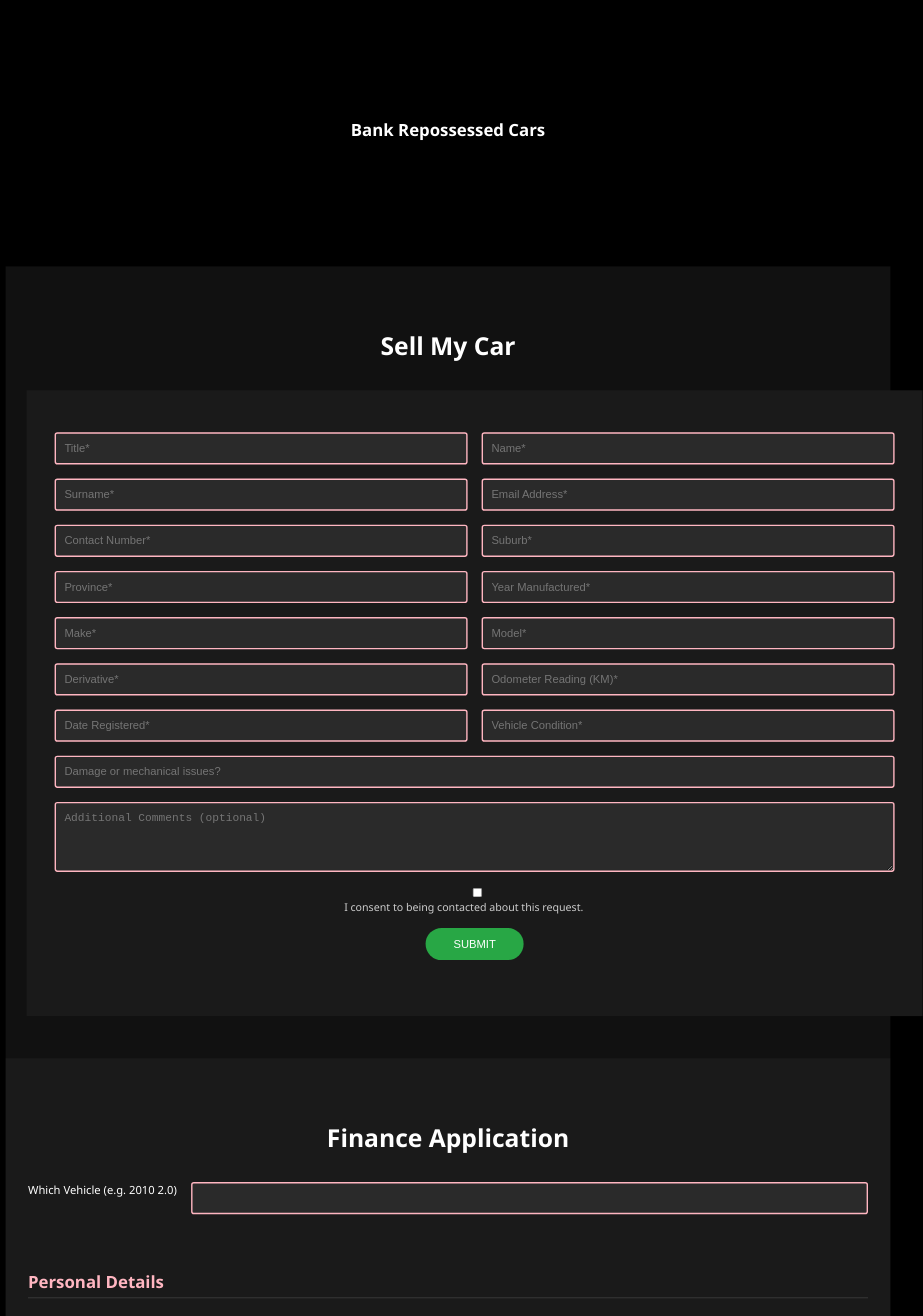
Repository: The-man-of-books/BNA2
Page: index.html
The author's editor kept a copy of each file at every save. The page is drawn from the files as they stood at one save, then again after the next save.
The browser window is 1280 px wide. The page is 1318 px wide, so the pictures cover 1318 px, including what lies to the right of the window. The pictures show the part of the page from y = 1262 to 3142 px (the page is 8150 px tall before and 8712 px after), at 70% of full size.

Above is the page before, as saved 2025-07-02 19:30:02.

After the next save:
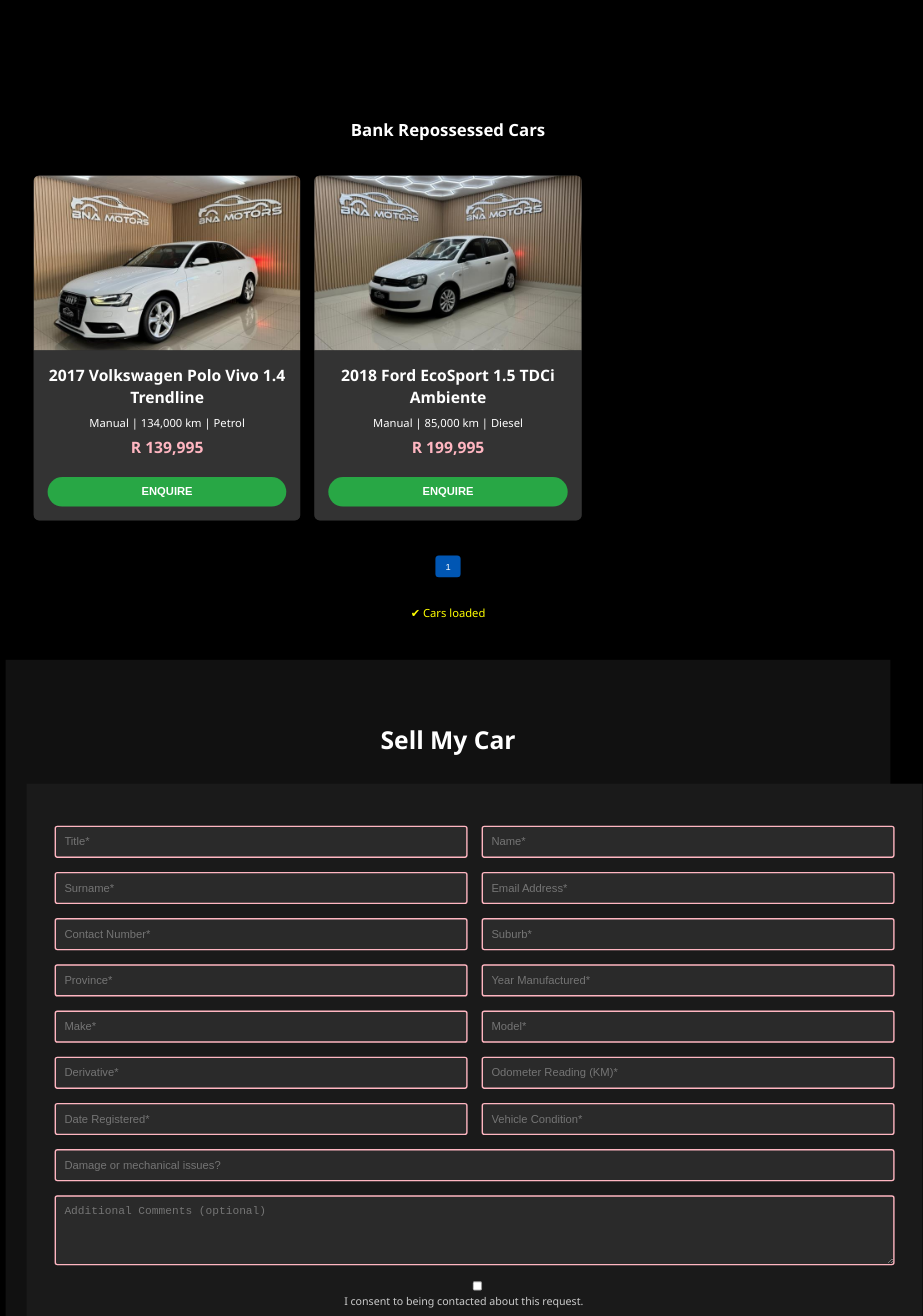
Saved 36 s later.
--- a/index.html
+++ b/index.html
@@ -427,5 +427,98 @@
   <img src="https://upload.wikimedia.org/wikipedia/commons/6/6b/WhatsApp.svg" alt="WhatsApp" />
 </a>
 
+<script>
+document.addEventListener("DOMContentLoaded", () => {
+  const grid = document.getElementById("bankRepoGrid");
+  const pagination = document.getElementById("pagination");
+  const status = document.getElementById("jsonStatus");
+  const carsPerPage = 6;
+  let currentPage = 1;
+  let allCars = [];
+
+  fetch('bank-repo-cars.json')
+    .then(res => {
+      if (!res.ok) throw new Error("JSON file not found");
+      return res.json();
+    })
+    .then(data => {
+      if (!Array.isArray(data)) throw new Error("Invalid JSON format");
+      allCars = data;
+      if (allCars.length === 0) {
+        if (status) status.textContent = "No repossessed cars listed yet.";
+        return;
+      }
+      renderPage(currentPage);
+      renderPagination();
+      if (status) status.textContent = "✔ Cars loaded";
+    })
+    .catch(err => {
+      if (status) status.textContent = `❌ Failed: ${err.message}`;
+      if (grid) grid.innerHTML = "";
+      console.error(err);
+    });
+
+  function renderPage(page) {
+    grid.innerHTML = '';
+    const start = (page - 1) * carsPerPage;
+    const end = start + carsPerPage;
+    const pageCars = allCars.slice(start, end);
+
+    pageCars.forEach(car => {
+      const card = document.createElement('div');
+      card.className = 'vehicle-card';
+      card.innerHTML = `
+        <img src="${car.image}" alt="${car.title}" />
+        <div class="vehicle-info">
+          <h3>${car.title}</h3>
+          <p>${car.desc}</p>
+          <p class="price">${car.price}</p>
+          <button class="enquire-btn">ENQUIRE</button>
+        </div>
+      `;
+      grid.appendChild(card);
+    });
+
+    // Attach event listeners to new buttons
+    grid.querySelectorAll('.enquire-btn').forEach(btn => {
+      btn.addEventListener('click', () => {
+        const card = btn.closest('.vehicle-card');
+        const title = card.querySelector('h3').textContent;
+        const encoded = encodeURIComponent(title);
+        window.location.href = `enquire.html?car=${encoded}`;
+      });
+    });
+  }
+
+  function renderPagination() {
+    pagination.innerHTML = '';
+    const totalPages = Math.ceil(allCars.length / carsPerPage);
+
+    for (let i = 1; i <= totalPages; i++) {
+      const btn = document.createElement('button');
+      btn.textContent = i;
+      if (i === currentPage) btn.classList.add('active');
+      btn.addEventListener('click', () => {
+        currentPage = i;
+        renderPage(currentPage);
+        renderPagination();
+      });
+      pagination.appendChild(btn);
+    }
+
+    if (currentPage < totalPages) {
+      const nextBtn = document.createElement('button');
+      nextBtn.textContent = 'Next';
+      nextBtn.addEventListener('click', () => {
+        currentPage++;
+        renderPage(currentPage);
+        renderPagination();
+      });
+      pagination.appendChild(nextBtn);
+    }
+  }
+});
+</script>
+
 </body>
 </html>

After the save that followed:
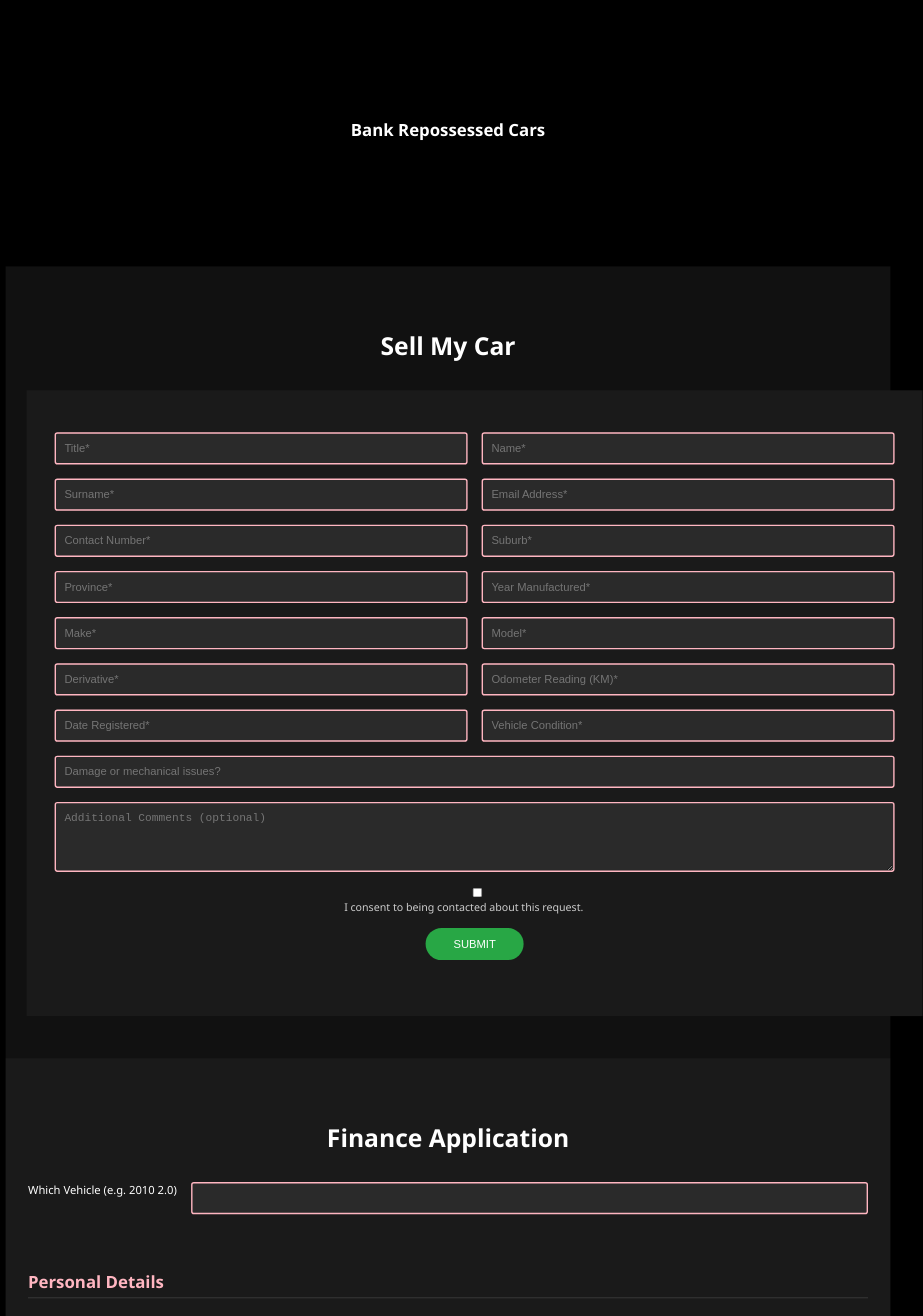
Saved 2 min 35 s later.
--- a/index.html
+++ b/index.html
@@ -427,98 +427,5 @@
   <img src="https://upload.wikimedia.org/wikipedia/commons/6/6b/WhatsApp.svg" alt="WhatsApp" />
 </a>
 
-<script>
-document.addEventListener("DOMContentLoaded", () => {
-  const grid = document.getElementById("bankRepoGrid");
-  const pagination = document.getElementById("pagination");
-  const status = document.getElementById("jsonStatus");
-  const carsPerPage = 6;
-  let currentPage = 1;
-  let allCars = [];
-
-  fetch('bank-repo-cars.json')
-    .then(res => {
-      if (!res.ok) throw new Error("JSON file not found");
-      return res.json();
-    })
-    .then(data => {
-      if (!Array.isArray(data)) throw new Error("Invalid JSON format");
-      allCars = data;
-      if (allCars.length === 0) {
-        if (status) status.textContent = "No repossessed cars listed yet.";
-        return;
-      }
-      renderPage(currentPage);
-      renderPagination();
-      if (status) status.textContent = "✔ Cars loaded";
-    })
-    .catch(err => {
-      if (status) status.textContent = `❌ Failed: ${err.message}`;
-      if (grid) grid.innerHTML = "";
-      console.error(err);
-    });
-
-  function renderPage(page) {
-    grid.innerHTML = '';
-    const start = (page - 1) * carsPerPage;
-    const end = start + carsPerPage;
-    const pageCars = allCars.slice(start, end);
-
-    pageCars.forEach(car => {
-      const card = document.createElement('div');
-      card.className = 'vehicle-card';
-      card.innerHTML = `
-        <img src="${car.image}" alt="${car.title}" />
-        <div class="vehicle-info">
-          <h3>${car.title}</h3>
-          <p>${car.desc}</p>
-          <p class="price">${car.price}</p>
-          <button class="enquire-btn">ENQUIRE</button>
-        </div>
-      `;
-      grid.appendChild(card);
-    });
-
-    // Attach event listeners to new buttons
-    grid.querySelectorAll('.enquire-btn').forEach(btn => {
-      btn.addEventListener('click', () => {
-        const card = btn.closest('.vehicle-card');
-        const title = card.querySelector('h3').textContent;
-        const encoded = encodeURIComponent(title);
-        window.location.href = `enquire.html?car=${encoded}`;
-      });
-    });
-  }
-
-  function renderPagination() {
-    pagination.innerHTML = '';
-    const totalPages = Math.ceil(allCars.length / carsPerPage);
-
-    for (let i = 1; i <= totalPages; i++) {
-      const btn = document.createElement('button');
-      btn.textContent = i;
-      if (i === currentPage) btn.classList.add('active');
-      btn.addEventListener('click', () => {
-        currentPage = i;
-        renderPage(currentPage);
-        renderPagination();
-      });
-      pagination.appendChild(btn);
-    }
-
-    if (currentPage < totalPages) {
-      const nextBtn = document.createElement('button');
-      nextBtn.textContent = 'Next';
-      nextBtn.addEventListener('click', () => {
-        currentPage++;
-        renderPage(currentPage);
-        renderPagination();
-      });
-      pagination.appendChild(nextBtn);
-    }
-  }
-});
-</script>
-
 </body>
 </html>
